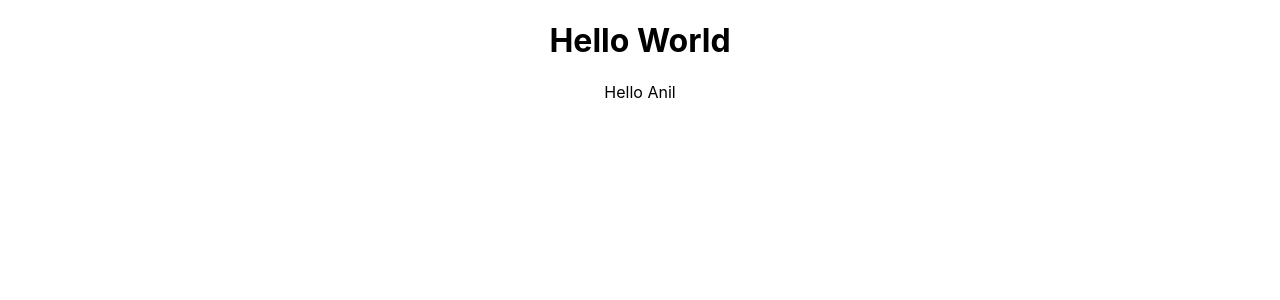
Repository: DeepikaSuretek/React
Page: / (app in practice-app/)
These files come from the project's save history. The page is drawn as it stood at one moment and after a run of saves; the edit follows.
The browser window is 1280 px wide. The pictures show the whole page.
The project was rebuilt for these pictures with package versions that can differ from the ones it lists, and the page was loaded fresh each time.

Above is the page before, as saved 2024-07-08 17:42:39.

After the next 2 saves:
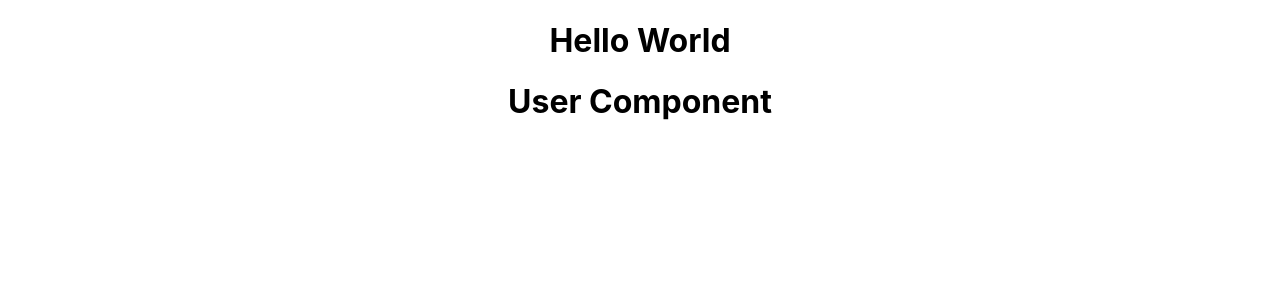
The 2 saves are shown as one change because 1 did not build or start.
The last was saved 37 s later.
--- a/practice-app/src/App.js
+++ b/practice-app/src/App.js
@@ -1,5 +1,6 @@
 import './App.css';
-import User from './class-component/class';
+//import User from './class-component/class';
+import User from './functional-component/function'
 
 function App() {
   return (
